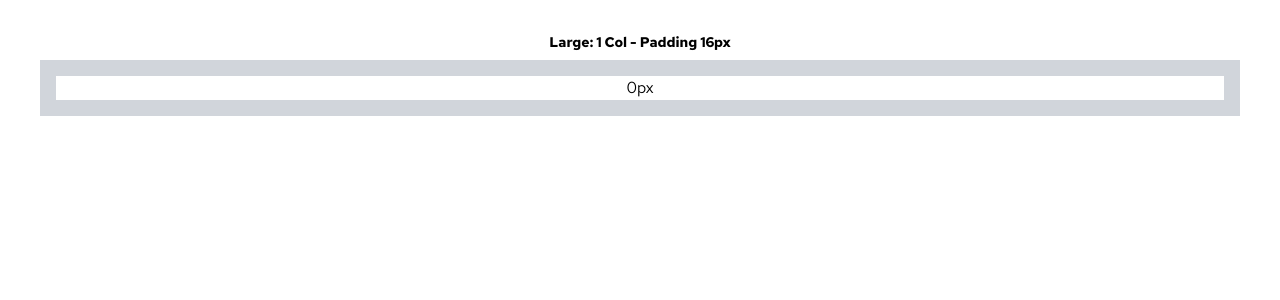
Repository: fabianwurk/vue-tailwind
Page: /
An editor plug-in stored every save of this project. The page is shown before and after the next save, followed by the edit.
The browser window is 1280 px wide. The pictures show the whole page.
The project was rebuilt for these pictures with package versions that can differ from the ones it lists, and the page was loaded fresh each time. Also part of the build but not shown: vite.config.js.

Above is the page before, as saved 2021-03-16 23:05:29.
Console error: TypeError: this.innerWidth is not a function

After the next save:
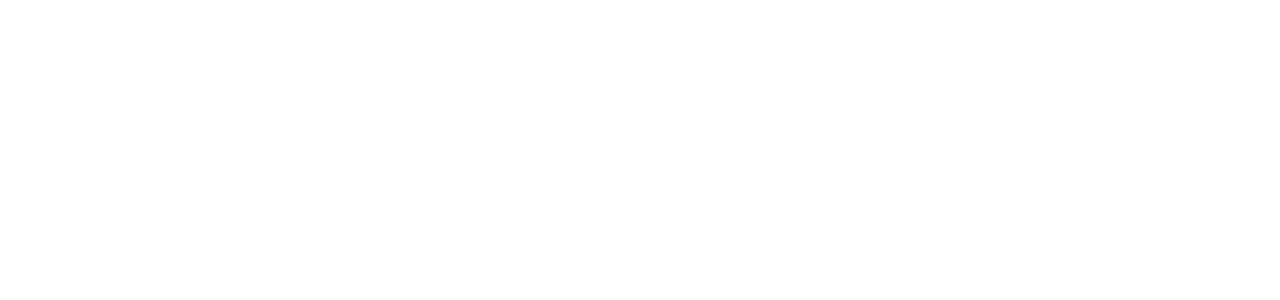
Console error: TypeError: dataOptions.call is not a function
Saved 3 min 5 s later.
--- a/src/components/Large.vue
+++ b/src/components/Large.vue
@@ -15,11 +15,12 @@
 
 <script>
 export default {
-  data() {
-    return {
-      width1: 0,
-    };
-  },
+    data: {
+        window: {
+            width: 0,
+            height: 0
+        }
+    },
   mounted() {
   	this.innerWidth()
   },

After the 2 saves that followed:
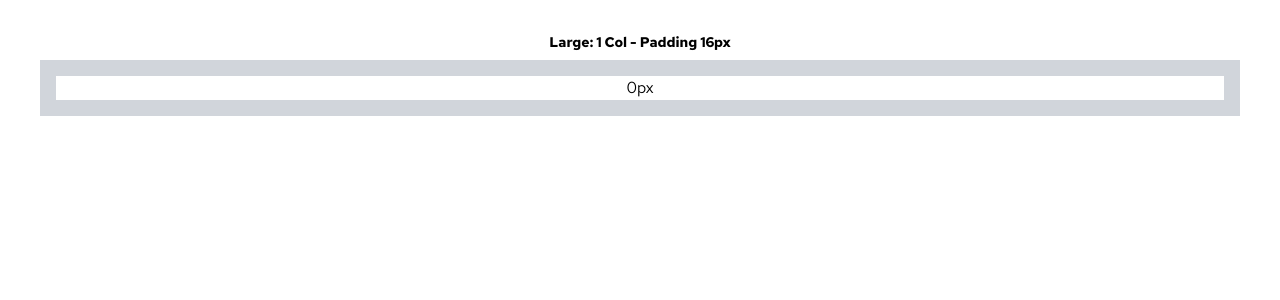
Console error: TypeError: this.innerWidth is not a function
The 2 saves are shown as one change because 1 left the picture as it was.
The last was saved 57 s later.
--- a/src/components/Large.vue
+++ b/src/components/Large.vue
@@ -15,12 +15,11 @@
 
 <script>
 export default {
-    data: {
-        window: {
-            width: 0,
-            height: 0
-        }
-    },
+  data() {
+    return {
+      width1: 0,
+    };
+  },
   mounted() {
   	this.innerWidth()
   },
